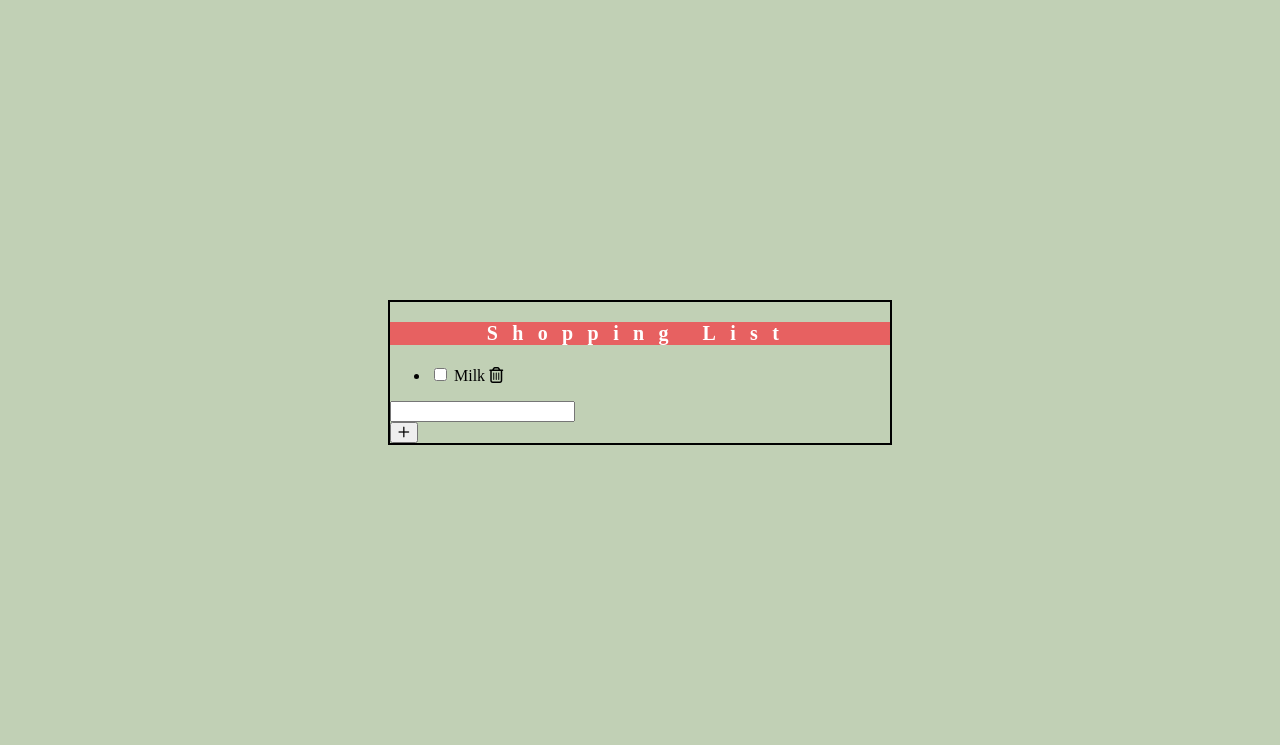
Repository: sephinejo/shopping-list-app
Page: index.html
The author's editor kept a copy of each file at every save. The page is drawn from the files as they stood at one save, then again after a run of saves.
The browser window is 1280 px wide. The pictures show the whole page.
Some web fonts or font styles are not loaded; a fallback is used. Some web libraries are served in a nearby version.

Above is the page before, as saved 2023-05-11 18:25:02.

### index.html
<!DOCTYPE html>
<html lang="en">
  <head>
    <meta charset="UTF-8" />
    <meta http-equiv="X-UA-Compatible" content="IE=edge" />
    <meta name="viewport" content="width=device-width, initial-scale=1.0" />
    <title>Shopping List 🛍️🛒</title>
    <link rel="preconnect" href="https://fonts.googleapis.com" />
    <link rel="preconnect" href="https://fonts.gstatic.com" crossorigin />
    <link rel="preconnect" href="https://fonts.googleapis.com" />
    <link rel="preconnect" href="https://fonts.gstatic.com" crossorigin />
    <link rel="preconnect" href="https://fonts.googleapis.com" />
    <link rel="preconnect" href="https://fonts.gstatic.com" crossorigin />
    <link rel="preconnect" href="https://fonts.googleapis.com" />
    <link rel="preconnect" href="https://fonts.gstatic.com" crossorigin />
    <link
      href="https://fonts.googleapis.com/css2?family=Alice&family=Open+Sans:wght@300;400;700;800&family=Raleway:wght@400;600;700;800&family=Roboto+Mono:wght@300;400;500;700&family=Roboto:wght@400;500&family=Ubuntu:wght@400;700&display=swap"
      rel="stylesheet"
    />
    <script
      src="https://kit.fontawesome.com/9ac80604cb.js"
      crossorigin="anonymous"
    ></script>
    <link rel="stylesheet" href="style.css" />
    <script src="main.js" defer></script>
  </head>
  <body>
    <div class="container">
      <header>
        <p class="title">Shopping List</p>
      </header>
      <main>
        <ul class="items">
          <li class="item">
            <input type="checkbox" />
            <label for="item">Milk</label>
            <i class="fa-regular fa-trash-can"></i>
          </li>
        </ul>
        <div class="input">
          <input type="text" />
        </div>
      </main>
      <footer>
        <button class="add">
          <i class="fa-regular fa-plus"></i>
        </button>
      </footer>
    </div>
  </body>
</html>

### style.css
body {
  margin: 0 auto;
  background-color: #c1d0b5;
}

.container {
  margin: 300px auto;
  width: 500px;
  border: 2px solid black;
  border-radius: 8px
  display: flex;
  flex-direction: column;
  align-items: center;
}

header {
  width: 100%;
  text-align: center;
  font-family: 'Alice';
  color: white;
  letter-spacing: 0.9rem;
  font-weight: 700;
  font-size: 20px;
  background-color: #e76161;
}

Loaded but not shown: main.js (no copy from this time; the picture is the same without it)

After the next 2 saves:
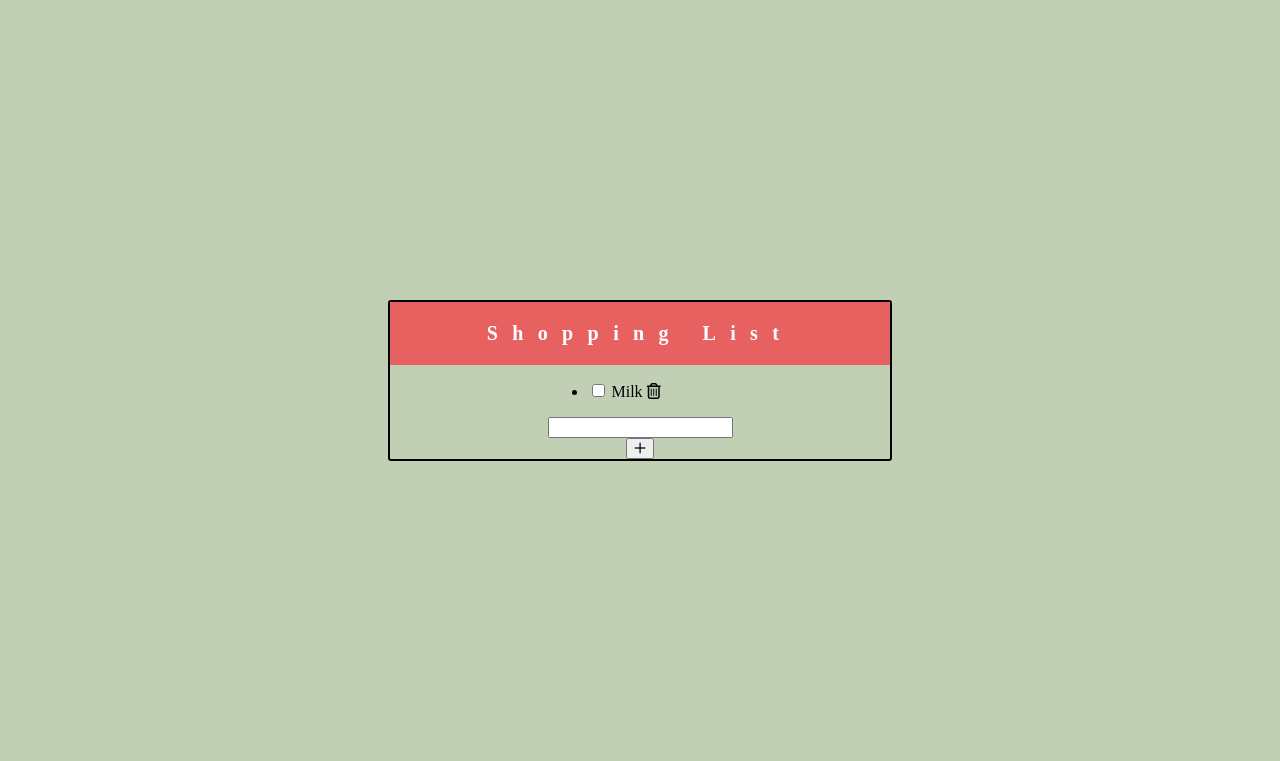
The 2 saves are shown as one change because they came seconds apart.
The last was saved 7 s later.
--- a/style.css
+++ b/style.css
@@ -7,7 +7,7 @@ body {
   margin: 300px auto;
   width: 500px;
   border: 2px solid black;
-  border-radius: 8px
+  border-radius: 0.2rem;
   display: flex;
   flex-direction: column;
   align-items: center;
